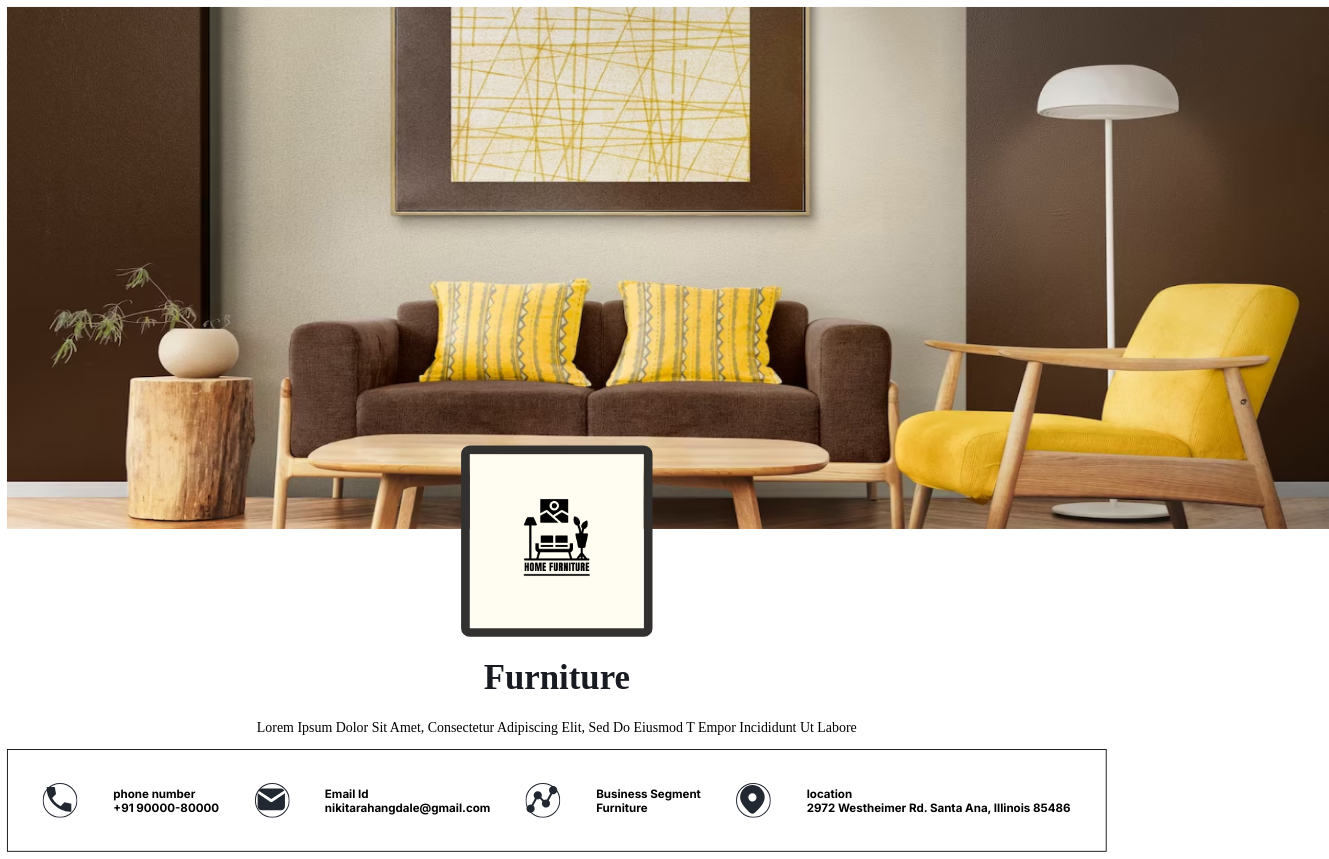
Repository: nikita120402/next13-deploy
Page: /
These files come from the project's save history. The page is drawn as it stood at one moment and after the next save; the edit follows.
The browser window is 1280 px wide. The page is 1528 px wide, so the pictures cover 1528 px, including what lies to the right of the window. The pictures show the whole page, at 87% of full size.
The project was rebuilt for these pictures with package versions that can differ from the ones it lists, and the page was loaded fresh each time. The framework's server and built-in components were replaced by stand-ins that run in the browser. Also part of the build but not shown: next.config.js.

Above is the page before, as saved 2023-08-02 16:17:40.

After the next save:
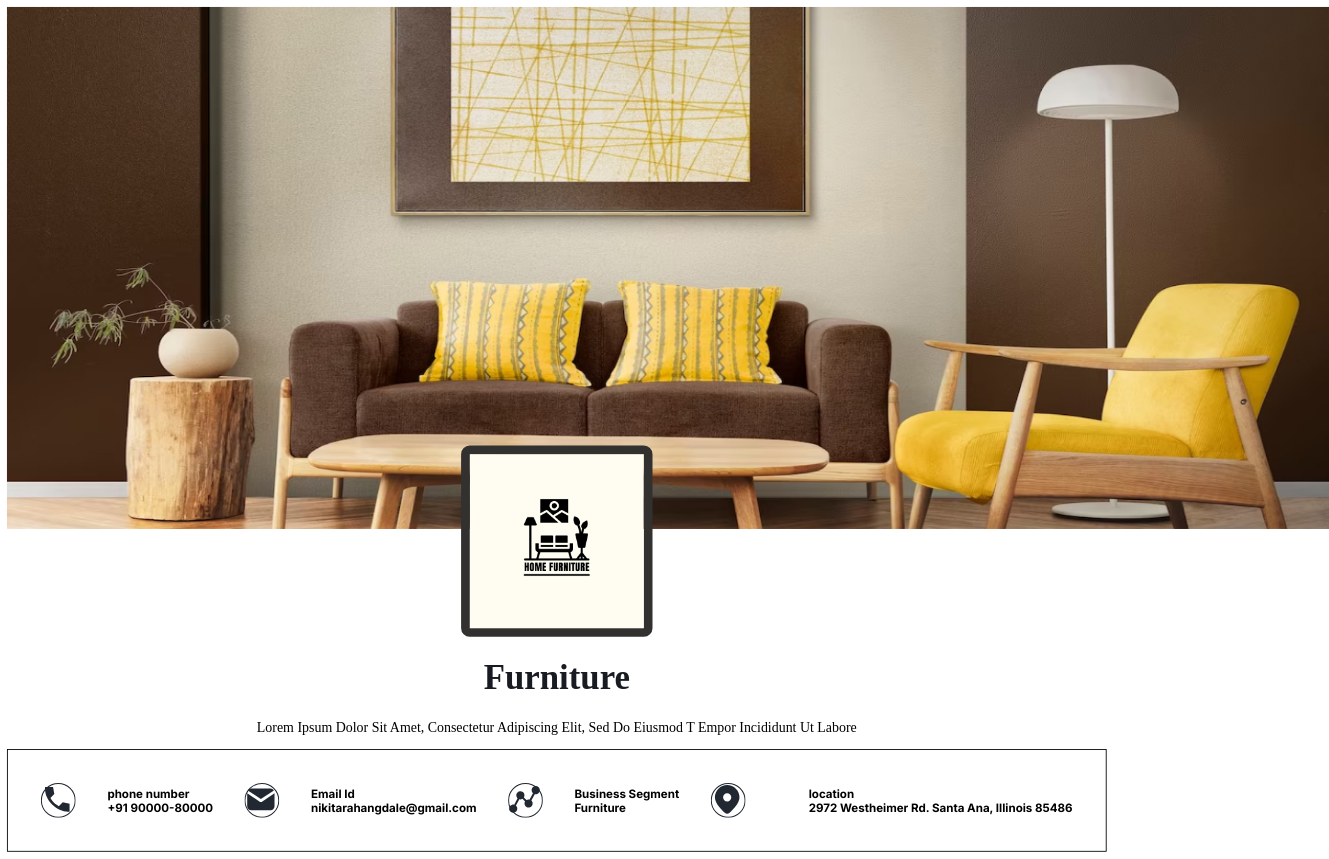
Saved 23 s later.
--- a/src/app/page.tsx
+++ b/src/app/page.tsx
@@ -51,8 +51,8 @@
   <circle cx="34.5" cy="34.5" r="33.5" fill="white" stroke="#222831" stroke-width="2"/>
   <svg xmlns="http://www.w3.org/2000/svg" width="65" height="65" viewBox="0 0 33 33" fill="none">
   <path d="M18.8843 29.997C22.4792 26.8331 28.875 20.3692 28.875 14.4375C28.875 11.1554 27.5712 8.00782 25.2504 5.68705C22.9297 3.36629 19.7821 2.0625 16.5 2.0625C13.2179 2.0625 10.0703 3.36629 7.74955 5.68705C5.42879 8.00782 4.125 11.1554 4.125 14.4375C4.125 20.3692 10.5187 26.8331 14.1157 29.997C14.7719 30.5826 15.6205 30.9063 16.5 30.9063C17.3795 30.9063 18.2281 30.5826 18.8843 29.997ZM12.375 14.4375C12.375 13.3435 12.8096 12.2943 13.5832 11.5207C14.3568 10.7471 15.406 10.3125 16.5 10.3125C17.594 10.3125 18.6432 10.7471 19.4168 11.5207C20.1904 12.2943 20.625 13.3435 20.625 14.4375C20.625 15.5315 20.1904 16.5807 19.4168 17.3543C18.6432 18.1279 17.594 18.5625 16.5 18.5625C15.406 18.5625 14.3568 18.1279 13.5832 17.3543C12.8096 16.5807 12.375 15.5315 12.375 14.4375Z" fill="#222831"/>
-</svg><br/>
-</svg> <h5>location  <br/>  2972 Westheimer Rd. Santa Ana, Illinois 85486 </h5>
+</svg>
+</svg><br/>  <h5>location  <br/>  2972 Westheimer Rd. Santa Ana, Illinois 85486 </h5>
 
 </div>
   </div>

After the save that followed:
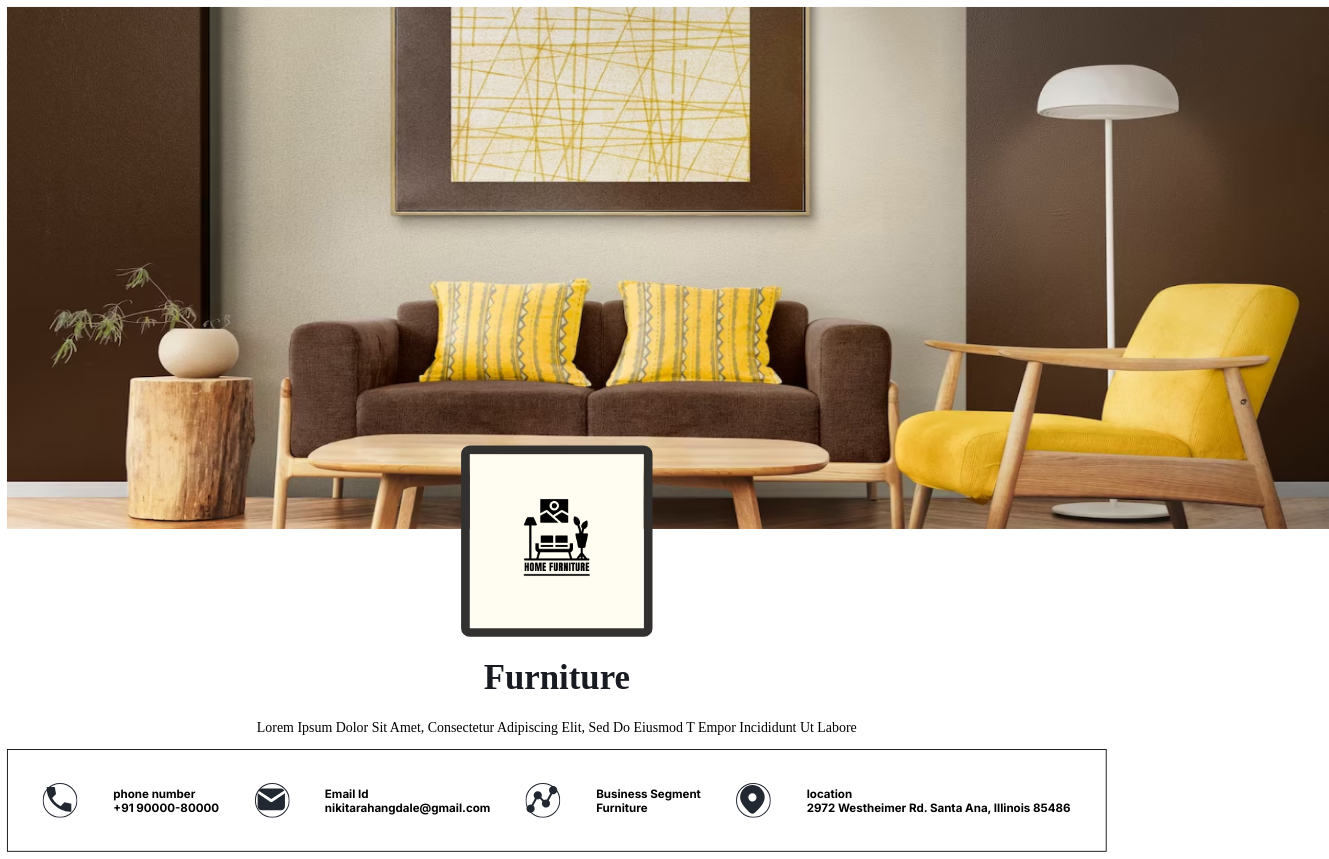
Saved 14 s later.
--- a/src/app/page.tsx
+++ b/src/app/page.tsx
@@ -52,7 +52,7 @@
   <svg xmlns="http://www.w3.org/2000/svg" width="65" height="65" viewBox="0 0 33 33" fill="none">
   <path d="M18.8843 29.997C22.4792 26.8331 28.875 20.3692 28.875 14.4375C28.875 11.1554 27.5712 8.00782 25.2504 5.68705C22.9297 3.36629 19.7821 2.0625 16.5 2.0625C13.2179 2.0625 10.0703 3.36629 7.74955 5.68705C5.42879 8.00782 4.125 11.1554 4.125 14.4375C4.125 20.3692 10.5187 26.8331 14.1157 29.997C14.7719 30.5826 15.6205 30.9063 16.5 30.9063C17.3795 30.9063 18.2281 30.5826 18.8843 29.997ZM12.375 14.4375C12.375 13.3435 12.8096 12.2943 13.5832 11.5207C14.3568 10.7471 15.406 10.3125 16.5 10.3125C17.594 10.3125 18.6432 10.7471 19.4168 11.5207C20.1904 12.2943 20.625 13.3435 20.625 14.4375C20.625 15.5315 20.1904 16.5807 19.4168 17.3543C18.6432 18.1279 17.594 18.5625 16.5 18.5625C15.406 18.5625 14.3568 18.1279 13.5832 17.3543C12.8096 16.5807 12.375 15.5315 12.375 14.4375Z" fill="#222831"/>
 </svg>
-</svg><br/>  <h5>location  <br/>  2972 Westheimer Rd. Santa Ana, Illinois 85486 </h5>
+</svg>  <h5>location  <br/>  2972 Westheimer Rd. Santa Ana, Illinois 85486 </h5>
 
 </div>
   </div>
